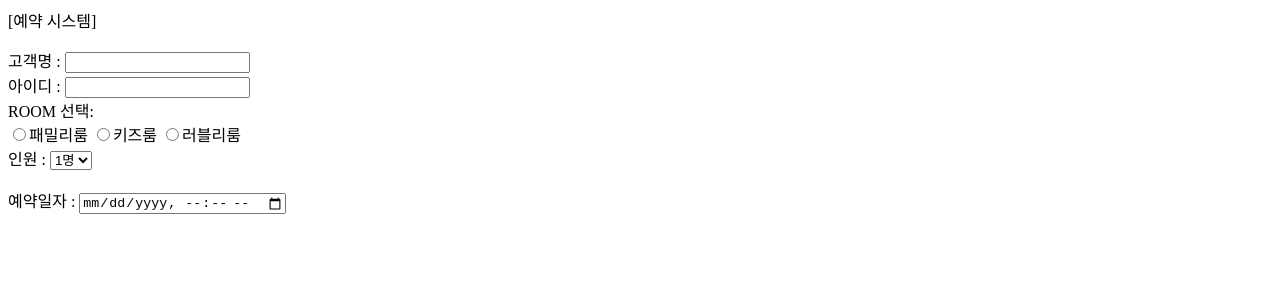
Repository: mnemion/BackendClass
Page: http://localhost/web/m/reserve.jsp
These files come from the project's save history. The page is drawn as it stood at one moment and after the next save; the edit follows.
The browser window is 1280 px wide. The pictures show the whole page.
The page is served by Tomcat 9. Other server files are loaded and not shown.

Above is the page before, as saved 2023-08-31 06:45:02.

### web/src/main/webapp/m/reserve.jsp
<%@ page language="java" contentType="text/html; charset=UTF-8"
    pageEncoding="UTF-8"%>
<div>
<p>[예약 시스템]</p>
고객명 : <input type="text" name="pname" readonly="readonly"><br>
아이디 : <input type="text" name="pid" readonly="readonly"><br>
ROOM 선택: <br>
<label>
<input type="radio" name="room" value="패밀리룸">패밀리룸
</label>
<label>
<input type="radio" name="room" value="키즈룸">키즈룸
</label>
<label>
<input type="radio" name="room" value="러블리룸">러블리룸
</label>
<br>
인원 :
<select name="person">
	<option value="1">1명</option>
	<option value="2">2명</option>
	<option value="3">3명</option>
</select>
<br><br>
예약일자 : <input type="datetime-local" name="reserve">
<br><br>
</div>

After the next save:
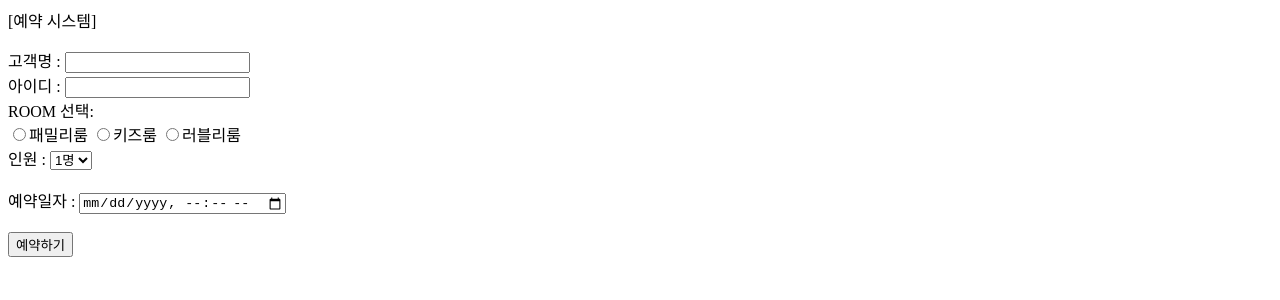
Saved 16 s later.
--- a/web/src/main/webapp/m/reserve.jsp
+++ b/web/src/main/webapp/m/reserve.jsp
@@ -24,4 +24,5 @@ ROOM 선택: <br>
 <br><br>
 예약일자 : <input type="datetime-local" name="reserve">
 <br><br>
+<input type="button" value="예약하기">
 </div>
